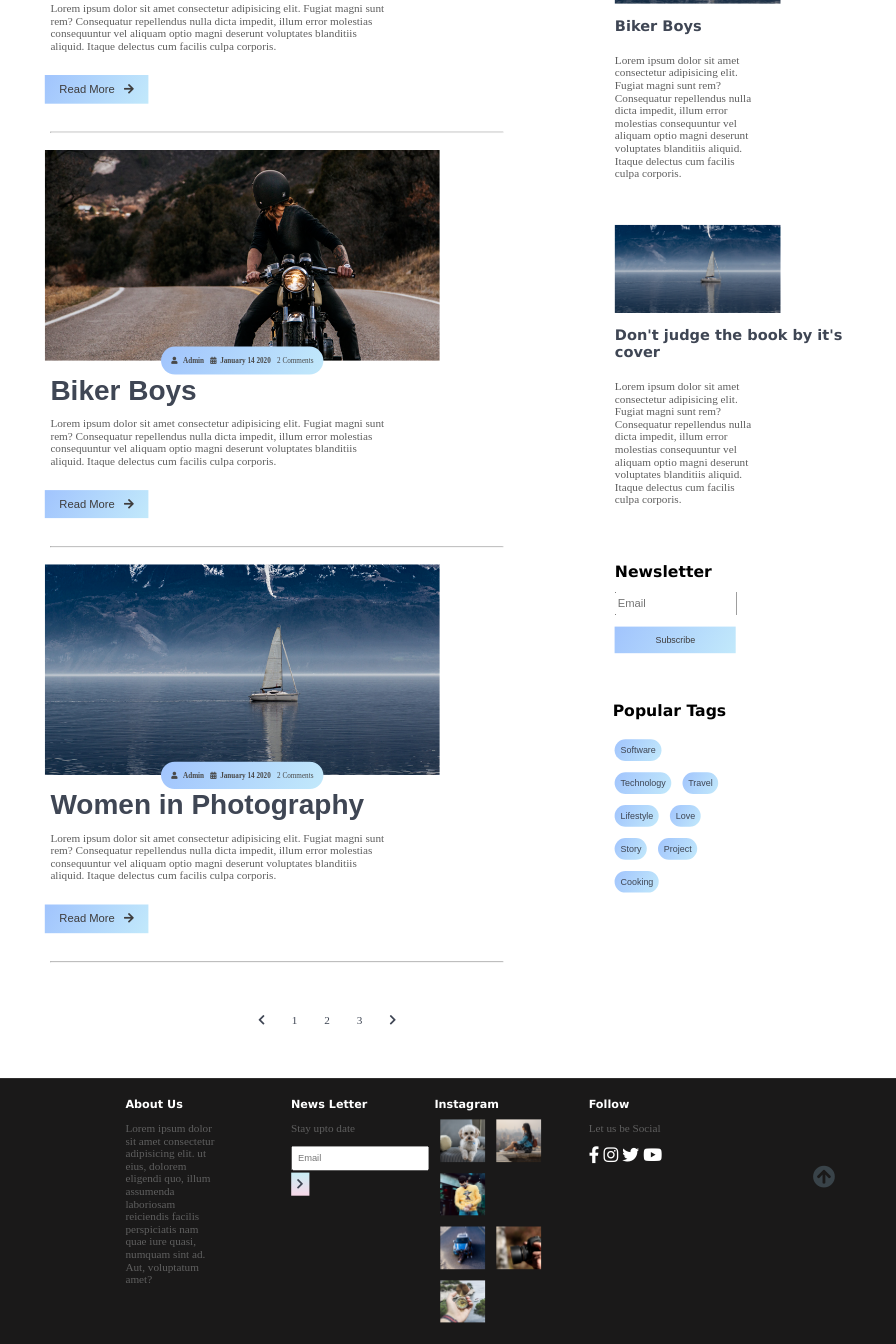
Repository: premjawaharp/Blogsite
Page: index.html
These files come from the project's save history. The page is drawn as it stood at one moment and after the next save; the edit follows.
The browser window is 1280 px wide. The pictures show the part of the page from y = 2283 to 4203 px (the page is 4203 px tall), at 70% of full size.

Above is the page before, as saved 2020-09-19 10:20:30.

### index.html
<!DOCTYPE html>
<html lang="en">
<head>
    <meta charset="UTF-8">
    <meta name="viewport" content="width=device-width, initial-scale=1.0">
    <title>Blogger</title>

    <!--Font Awesome style-->
    <link rel="stylesheet" href="css/all.css">

    <!-- Owl Carousel style -->
    <link rel="stylesheet" href="./css/owl.carousel.min.css">
    <link rel="stylesheet" href="./css/owl.theme.default.css">

    <!--Custom style-->
    <link rel="stylesheet" href="css/style.css">
</head>
<body>
    <!------------- Navigation ------------------>
   <nav class="nav">
        <div class="nav-menu flex-row">
            <div class="nav-brand">
                <a href="#" class="text-gray">Premonation</a>
            </div>
            <div class="toggle-collapse">
                <div class="toggle-icons">
                    <i class="fas fa-bars"></i>
                </div>
            </div>
            <div>
                <ul class="nav-items">
                    <li class="nav-link">
                        <a href="#">Home</a>
                    </li>
                    <li class="nav-link">
                        <a href="#">Category</a>
                    </li>
                    <li class="nav-link">
                        <a href="#">Archive</a>
                    </li>
                    <li class="nav-link">
                        <a href="#">Pages</a>
                    </li>
                    <li class="nav-link">
                        <a href="/contactus.html">Contact Us</a>
                    </li>
                </ul>
            </div>
            <div class="social text-gray">
                    <a href="#"><i class="fab fa-facebook-f"></i></a>
                    <a href="#"><i class="fab fa-instagram"></i></a>
                    <a href="#"><i class="fab fa-twitter"></i></a>
                    <a href="#"><i class="fab fa-youtube"></i></a>
            </div>
        </div>
    </nav>
    <!-----x------- Navigation --------x--------->

    <!-- Main site section -->
    <main>
        <!---- Site title ---->
        <section class="site-title">
            <div class="site-background">
                <h3>Tours & Travels</h3>
                <h1>Amazing Place on Earth</h1>
                <button class="btn">Explore</button>
            </div>
        </section>
        <!-- x Site title x -->
        <!-- Blog Carousel content -->
        <section>
            <div class="blog">
                <div class="container">
                    <div class="owl-carousel owl-theme blogpost">
                        <div class="blog-content">
                            <img src="./assets/Blog-post/post-1.jpg" alt="post1">
                            <div class="blog-title">
                                <h3>London Fashion Week</h3>
                                <button class="btn">Fashion</button>
                            </div>
                        </div>
                        <div class="blog-content">
                            <img src="./assets/Blog-post/post-2.jpg" alt="post2">
                            <div class="blog-title">
                                <h3>London Fashion Week</h3>
                                <button class="btn">Fashion</button>
                            </div>
                        </div>
                        <div class="blog-content">
                            <img src="./assets/Blog-post/post-3.jpg" alt="post3">
                            <div class="blog-title">
                                <h3>London Fashion Week</h3>
                                <button class="btn">Fashion</button>
                            </div>
                        </div>
                        <div class="blog-content">
                            <img src="./assets/Blog-post/post-1.jpg" alt="post1">
                            <div class="blog-title">
                                <h3>London Fashion Week</h3>
                                <button class="btn">Fashion</button>
                            </div>
                        </div>

                    </div>
                    <div class="owl-navigation">
                        <span class="owl-nav-prev"><i class="fas fa-long-arrow-alt-left"></i></span>
                        <span class="owl-nav-next"><i class="fas fa-long-arrow-alt-right"></i></span>
                    </div>
                </div>
            </div>
        </section>
        <!-- x Blog Carousel content x -->

        <!---- Site Content ---->

        <section class="container">
            <div class="site-content">
                <div class="posts">
                    <div class="post-content">
                        <div class="post-image">
                            <div>
                                <img  src="./assets/Blog-post/blog1.png" class="img" alt="blog1">
                            </div>
                            <div class="post-info flex-row">
                                <span><i class="fas fa-user text-gray">&nbsp;&nbsp; Admin</i></span>&nbsp;
                                <span><i class="fas fa-calendar-alt text-gray">&nbsp;&nbsp;January 14 2020</i></span>&nbsp;
                                <span class="text-gray">2 Comments</span>
                            </div>
                        </div>
                        <div class="post-title">
                            <a href="/blog1.html"><h1>Women in Photography</h1></a>
                            <p>Lorem ipsum dolor sit amet consectetur adipisicing elit.
                                Fugiat magni sunt rem? Consequatur repellendus nulla dicta impedit, illum error molestias consequuntur vel aliquam optio magni deserunt voluptates blanditiis aliquid. Itaque delectus cum facilis culpa corporis.</p>
                        </div>
                        <a href="/blog1.html">
                            <button class="btn post-btn"> Read More &nbsp; <i class="fas fa-arrow-right"></i></button>
                        </a>

                    </div>
                    <hr>
                    <div class="post-content">
                        <div class="post-image">
                            <div>
                                <img  src="./assets/Blog-post/blog2.png" class="img" alt="blog">
                            </div>
                            <div class="post-info flex-row">
                                <span><i class="fas fa-user text-gray">&nbsp;&nbsp; Admin</i></span>&nbsp;
                                <span><i class="fas fa-calendar-alt text-gray">&nbsp;&nbsp;January 14 2020</i></span>&nbsp;
                                <span class="text-gray">2 Comments</span>
                            </div>
                        </div>
                        <div class="post-title">
                            <a href="/blog2.html"><h1>Dog's Love</h1></a>
                            <p>Lorem ipsum dolor sit amet consectetur adipisicing elit.
                                Fugiat magni sunt rem? Consequatur repellendus nulla dicta impedit, illum error molestias consequuntur vel aliquam optio magni deserunt voluptates blanditiis aliquid. Itaque delectus cum facilis culpa corporis.</p>
                        </div>
                        <a href="/blog2.html">
                            <button class="btn post-btn"> Read More &nbsp; <i class="fas fa-arrow-right"></i></button>
                        </a>
                    </div>
                    <hr>
                    <div class="post-content">
                        <div class="post-image">
                            <div>
                                <img  src="./assets/Blog-post/blog3.png" class="img" alt="blog3">
                            </div>
                            <div class="post-info flex-row">
                                <span><i class="fas fa-user text-gray">&nbsp;&nbsp; Admin</i></span>&nbsp;
                                <span><i class="fas fa-calendar-alt text-gray">&nbsp;&nbsp;January 14 2020</i></span>&nbsp;
                                <span class="text-gray">2 Comments</span>
                            </div>
                        </div>
                        <div class="post-title">
                            <a href="/blog3.html"><h1>Biker Boys</h1></a>
                            <p>Lorem ipsum dolor sit amet consectetur adipisicing elit.
                                Fugiat magni sunt rem? Consequatur repellendus nulla dicta impedit, illum error molestias consequuntur vel aliquam optio magni deserunt voluptates blanditiis aliquid. Itaque delectus cum facilis culpa corporis.</p>
                        </div>
                        <a href="/blog3.html">
                            <button class="btn post-btn"> Read More &nbsp; <i class="fas fa-arrow-right"></i></button>
                        </a>
                    </div>
                    <hr>
                    <div class="post-content">
                        <div class="post-image">
                            <div>
                                <img  src="./assets/Blog-post/blog4.png" class="img" alt="blog3">
                            </div>
                            <div class="post-info flex-row">
                                <span><i class="fas fa-user text-gray">&nbsp;&nbsp; Admin</i></span>&nbsp;
                                <span><i class="fas fa-calendar-alt text-gray">&nbsp;&nbsp;January 14 2020</i></span>&nbsp;
                                <span class="text-gray">2 Comments</span>
                            </div>
                        </div>
                        <div class="post-title">
                            <a href="#"><h1>Women in Photography</h1></a>
                            <p>Lorem ipsum dolor sit amet consectetur adipisicing elit.
                                Fugiat magni sunt rem? Consequatur repellendus nulla dicta impedit, illum error molestias consequuntur vel aliquam optio magni deserunt voluptates blanditiis aliquid. Itaque delectus cum facilis culpa corporis.</p>
                        </div>
                        <button class="btn post-btn">Read More &nbsp; <i class="fas fa-arrow-right"></i></button>
                    </div>
                    <hr>
                    <div class="pagination flex-row">
                        <a href="#"><i class="fas fa-chevron-left"></i></a>
                        <a href="#" class="page">1</a>
                        <a href="#" class="page">2</a>
                        <a href="#" class="page">3</a>
                        <a href="#" ><i class="fas fa-chevron-right"></i></a>
                    </div>
                </div>
                <aside class="sidebar">
                    <div class="category">
                        <h3>Category</h3>
                        <ul class="category-list">
                            <li class="list-items">
                                <a href="#">Software</a>
                                <span>(05)</span>
                            </li>
                            <li class="list-items">
                                <a href="#">Technology</a>
                                <span>(03)</span>
                            </li>
                            <li class="list-items">
                                <a href="#">Lifestyle</a>
                                <span>(02)</span>
                            </li>
                            <li class="list-items">
                                <a href="#">Shopping</a>
                                <span>(06)</span>
                            </li>
                            <li class="list-items">
                                <a href="#">Food</a>
                                <span>(04)</span>
                            </li>
                        </ul>
                    </div>
                    <div class="popular-post">
                        <h3>Popular Posts</h3>
                        <div class="post-content">
                            <div class="post-image">
                                <div>
                                    <img  src="./assets/Blog-post/blog4.png" class="img" alt="blog3">
                                </div>

                            </div>
                            <div class="post-title">
                                <a href="#"><h4>Women in Photography</h4></a>
                                <p>Lorem ipsum dolor sit amet consectetur adipisicing elit.
                                    Fugiat magni sunt rem? Consequatur repellendus nulla dicta impedit, illum error molestias consequuntur vel aliquam optio magni deserunt voluptates blanditiis aliquid. Itaque delectus cum facilis culpa corporis.</p>
                            </div>
                        </div>
                        <div class="post-content">
                            <div class="post-image">
                                <div>
                                    <img  src="./assets/Blog-post/blog4.png" class="img" alt="blog3">
                                </div>
                            </div>
                            <div class="post-title">
                                <a href="#"><h4>Biker Boys</h4></a>
                                <p>Lorem ipsum dolor sit amet consectetur adipisicing elit.
                                    Fugiat magni sunt rem? Consequatur repellendus nulla dicta impedit, illum error molestias consequuntur vel aliquam optio magni deserunt voluptates blanditiis aliquid. Itaque delectus cum facilis culpa corporis.</p>
                            </div>
                        </div>
                        <div class="post-content">
                            <div class="post-image">
                                <div>
                                    <img  src="./assets/Blog-post/blog4.png" class="img" alt="blog3">
                                </div>
                            </div>
                            <div class="post-title">
                                <a href="#"><h4>Don't judge the book by it's cover</h4></a>
                                <p>Lorem ipsum dolor sit amet consectetur adipisicing elit.
                                    Fugiat magni sunt rem? Consequatur repellendus nulla dicta impedit, illum error molestias consequuntur vel aliquam optio magni deserunt voluptates blanditiis aliquid. Itaque delectus cum facilis culpa corporis.</p>
                            </div>
                        </div>
                        <div class="news-letter">
                            <div class="news-form">
                                <h3>Newsletter</h3>
                                <div class="news-inputs">
                                    <input type="text" class='input-element' placeholder="Email">
                                    <button class="new-form-btn btn">Subscribe</button>
                                </div>

                            </div>
                        </div>
                        <div class="popular-tag">
                            <h3>Popular Tags</h3>
                            <div class="tags flex-row">
                                <span class="tag">Software</span>
                                <span class="tag">Technology</span>
                                <span class="tag">Travel</span>
                                <span class="tag">Lifestyle</span>
                                <span class="tag">Love</span>
                                <span class="tag">Story</span>
                                <span class="tag">Project</span>
                                <span class="tag">Cooking</span>
                            </div>

                        </div>

                    </div>
                </aside>

            </div>
        </section>
        <!-- x Site Content x -->

    </main>
    <!-- x Main site section x -->
    <!-- ------- footer ------- -->
    <footer class="footer">
        <div class="container">
            <div class="pad-pad">
                <div class="about-us">
                    <h3>About Us</h3>
                    <p class="">Lorem ipsum dolor sit amet consectetur adipisicing elit.
                        ut eius, dolorem eligendi quo, illum
                        assumenda laboriosam reiciendis
                        facilis perspiciatis nam quae iure quasi,
                         numquam sint ad. Aut, voluptatum amet?</p>
                </div>
                <div class="news-letter">
                    <h3>News Letter</h3>
                    <p>Stay upto date</p>
                    <div class="news-inputs">
                        <input type="text" class='input-element' placeholder="Email">
                        <span><i class='fas fa-chevron-right'></i></span>
                    </div>
                </div>
                <div class="instagram">
                    <h3>Instagram</h3>
                    <div class="insta-images flex-row">
                        <img src="./assets/instagram/thumb-card3.png" alt="insta3">
                        <img src="./assets/instagram/thumb-card4.png" alt="insta4">
                        <img src="./assets/instagram/thumb-card5.png" alt="insta5">
                    </div>
                    <div class="insta-images flex-row">
                        <img src="./assets/instagram/thumb-card6.png" alt="insta6">
                        <img src="./assets/instagram/thumb-card7.png" alt="insta7">
                        <img src="./assets/instagram/thumb-card8.png" alt="insta8">
                    </div>
                </div>
                <div class="follow">
                    <div class="social text-gray">
                    <h3>Follow</h3>
                    <p>Let us be Social</p>
                    <a href="#"><i class="fab fa-facebook-f"></i></a>
                    <a href="#"><i class="fab fa-instagram"></i></a>
                    <a href="#"><i class="fab fa-twitter"></i></a>
                    <a href="#"><i class="fab fa-youtube"></i></a>
                    <div class="move-up">
                        <span>
                            <a href="index.html"><i class="fas fa-arrow-circle-up"> </i></a>
                        </span>
                    </div>
                </div>
            </div>
        </div>

    </footer>

    <!-- -----x- footer -x----- -->
    <!-- Jquery library -->
    <script src="js/jquery3.5.1.min.js"></script>
    <!-- Owl Carousel Js -->
    <script src="js/owl.carousel.min.js"></script>
    <!-- Custom javascript -->
    <script src="js/script.js"></script>



</body>
</html>

### css/fonts.css
@font-face{
    font-family: Montserrat;
    src: url(../Montserrat/Montserrat-Light.ttf)
}
@font-face{
    font-family: Montserrat-Bold;
    src: url(../Montserrat/Montserrat-Bold.ttf)
}
@font-face{
    font-family: Montserrat-SemiBold;
    src: url(../Montserrat/Montserrat-SemiBold.ttf)
}
@font-face{
    font-family: Montserrat-Medium;
    src: url(../Montserrat/Montserrat-Regular.ttf)
}

@font-face{
    font-family: Anton-Regular;
    src: url(../Anton/Anton-Regular.ttf)
}

Loaded but not shown: css/all.css (library); css/owl.carousel.min.css (library); css/owl.theme.default.css (common file); js/jquery3.5.1.min.js (library); js/owl.carousel.min.js (library); js/script.js (40 lines, source omitted); css/style.css (569 lines, source omitted)

After the next save:
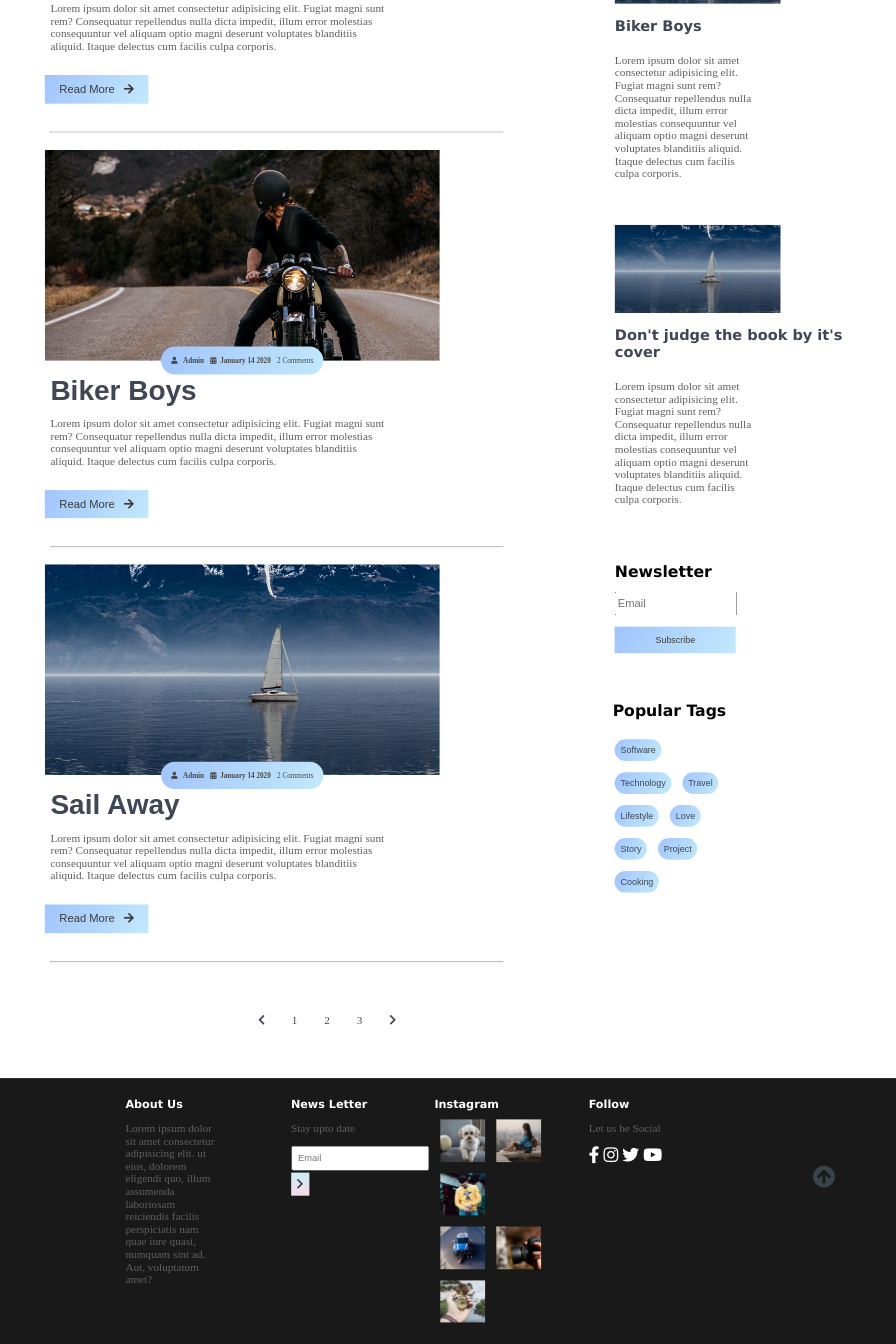
Saved 5 s later.
--- a/index.html
+++ b/index.html
@@ -192,7 +192,7 @@
                             </div>
                         </div>
                         <div class="post-title">
-                            <a href="#"><h1>Women in Photography</h1></a>
+                            <a href="#"><h1>Sail Away</h1></a>
                             <p>Lorem ipsum dolor sit amet consectetur adipisicing elit.
                                 Fugiat magni sunt rem? Consequatur repellendus nulla dicta impedit, illum error molestias consequuntur vel aliquam optio magni deserunt voluptates blanditiis aliquid. Itaque delectus cum facilis culpa corporis.</p>
                         </div>
